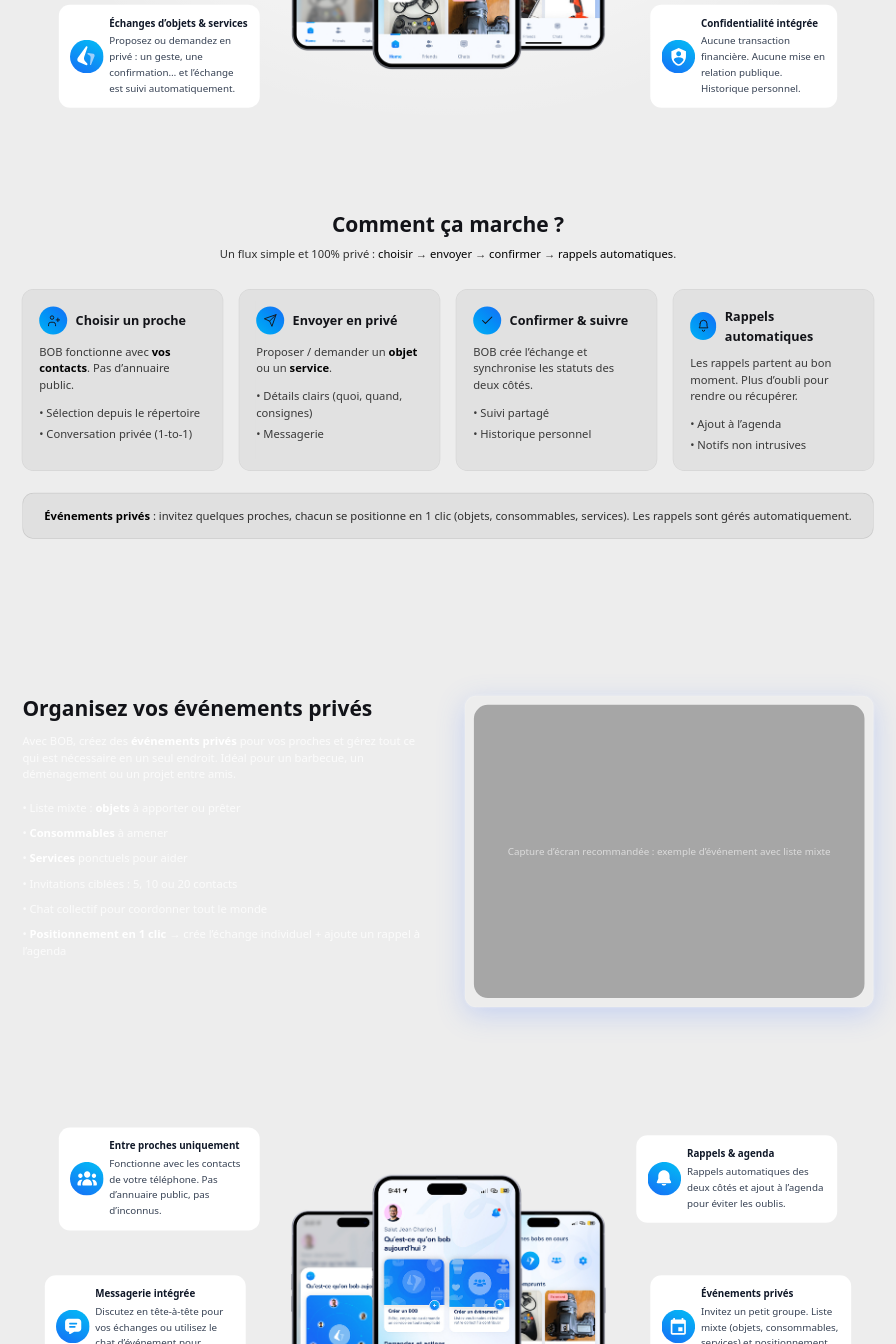
Repository: JeanCharlesMEILLAND/new-bob
Page: /
The author's editor kept a copy of each file at every save. The page is drawn from the files as they stood at one save, then again after the next save.
The browser window is 1280 px wide. The pictures show the part of the page from y = 1087 to 3007 px (the page is 3840 px tall), at 70% of full size.
The page's requests for data from a server got no answer. The project was rebuilt for these pictures with package versions that can differ from the ones it lists, and the page was loaded fresh each time. The framework's server and built-in components were replaced by stand-ins that run in the browser. No one was signed in, and anything a server would have sent is missing. Also part of the build but not shown: next.config.ts.

Above is the page before, as saved 2025-08-12 20:38:53.

### src/app/layout.tsx
import type { Metadata } from 'next'
import './globals.css'
import { inter, jakarta } from './fonts'
import Navbar from '@/components/Navbar'
import Footer from '@/components/Footer'
import Analytics from '@/components/Analytics'

const name = process.env.NEXT_PUBLIC_SITE_NAME || 'BOB'
const baseUrl = process.env.NEXT_PUBLIC_SITE_URL || 'https://new-bob.vercel.app'

export const metadata: Metadata = {
  metadataBase: new URL(baseUrl),
  title: `${name} — Échanges privés entre proches`,
  description:
    `${name} vous aide à prêter, emprunter et organiser des événements en privé avec vos contacts. ` +
    `Aucune transaction financière. Aucune mise en relation publique.`,
  alternates: { canonical: '/' },
  openGraph: {
    title: `${name} — Échanges privés entre proches`,
    description:
      `Gérez vos prêts d’objets, coups de main et événements avec vos proches — simplement et en toute confidentialité. ` +
      `Pas de paiements, pas d’annuaire public.`,
    url: baseUrl,
    siteName: name,
    images: [
      // Généré par app/opengraph-image.tsx (ci-dessous) + fallback static
      { url: '/api/og', width: 1200, height: 630, alt: `${name} — Aperçu` },
      { url: '/og.png', width: 1200, height: 630, alt: `${name} — Aperçu (fallback)` },
    ],
    locale: 'fr_FR',
    type: 'website',
  },
  twitter: {
    card: 'summary_large_image',
    title: `${name} — Échanges privés entre proches`,
    description: `Prêts d’objets & services entre contacts. Aucune transaction financière.`,
    images: ['/api/og', '/og.png'],
    site: '@', // ton handle si tu en as un
    creator: '@', // idem
  },
  robots: { index: true, follow: true },
}

export default function RootLayout({ children }: { children: React.ReactNode }) {
  return (
    <html lang="fr" className={`${inter.variable} ${jakarta.variable}`}>
      <body className="min-h-screen bg-[--bg] text-[--fg] antialiased">
        <Navbar />
        <main>{children}</main>
        <Footer />
        <Analytics />
      </body>
    </html>
  )
}

### src/app/page.tsx
import Hero from '@/components/sections/Hero'
import Features from '@/components/sections/Features'
import HowItWorks from '@/components/sections/HowItWorks'
import Testimonials from '@/components/sections/Testimonials'
import Events from '@/components/sections/Events'

export default function Page() {
  return (
    <>
      <Hero />
      <HowItWorks />
      <Events />
      <Features />
      <Testimonials />
    </>
  )
}

### src/app/globals.css
@import "tailwindcss";

:root {
    --bg: #EDEDED;
    --fg: #121318;
    --custom-text-color: #25416E
}

html, body {
    scroll-behavior: smooth;
    background: var(--bg);
    color: var(--fg);
}

/* === Tokens Tailwind v4 pour tes classes custom === */
@theme {
    /* Colors */
    --color-ink: #0f172a;
    --color-brand-50: #f3f7ff;
    --color-brand-100: #e8efff;
    --color-brand-200: #cfe0ff;
    --color-brand-300: #a6c2ff;
    --color-brand-400: #7ba1ff;
    --color-brand-500: #4b7bff;
    --color-brand-600: #2f5df3;
    --color-brand-700: #2549c6;
    --color-brand-800: #1f3ca0;
    --color-brand-900: #0F55C5;

    --color-accent : #25416E;

    /* Radius */
    --radius-xl2: 1.25rem; /* => rounded-xl2 */
    /* Shadows */
    --shadow-glow: 0 0 0 2px rgba(255, 255, 255, 0.08),
    0 10px 40px rgba(75, 123, 255, 0.25); /* => shadow-glow */
}
.container-gutter {
    @apply mx-auto max-w-7xl px-6 md:px-8;
}

.section {
    @apply py-20 md:py-28;
}

.card {
    @apply rounded-2xl bg-white/5 ring-1 ring-white/10 backdrop-blur;
}

.gradient-text {
    background: linear-gradient(90deg, #0F55C5 0%, #22c55e 100%);
    -webkit-background-clip: text;
    -webkit-text-fill-color: transparent;
    background-clip: text;
    color: transparent;
}

.bg-grid {
    background-image: linear-gradient(to right, rgba(255, 255, 255, 0.06) 1px, transparent 1px),
    linear-gradient(to bottom, rgba(255, 255, 255, 0.06) 1px, transparent 1px);
    background-size: 24px 24px;
}

*:focus-visible {
    outline: 2px solid rgba(75, 123, 255, 0.9);
    outline-offset: 2px;
}

### src/app/fonts.ts
import { Inter, Plus_Jakarta_Sans } from 'next/font/google'

export const inter = Inter({
  subsets: ['latin'],
  variable: '--font-inter',
  display: 'swap',
})

export const jakarta = Plus_Jakarta_Sans({
  subsets: ['latin'],
  variable: '--font-jakarta',
  display: 'swap',
})

### src/components/Navbar.tsx
'use client'

import { useState, useEffect } from 'react'
import Link from 'next/link'
import Image from 'next/image'
import Container from './ui/Container'
import { clsx } from 'clsx'

export default function Navbar() {
  const [scrolled, setScrolled] = useState(false)
  const [open, setOpen] = useState(false)
  const MENU_ID = 'mobile-nav'

  useEffect(() => {
    const onScroll = () => setScrolled(window.scrollY > 12)
    onScroll()
    window.addEventListener('scroll', onScroll)
    return () => window.removeEventListener('scroll', onScroll)
  }, [])

  // Ferme au resize et gère le scroll lock quand le menu est ouvert
  useEffect(() => {
    const close = () => setOpen(false)
    window.addEventListener('resize', close)
    return () => window.removeEventListener('resize', close)
  }, [])

  useEffect(() => {
    if (open) {
      const prev = document.body.style.overflow
      document.body.style.overflow = 'hidden'
      return () => {
        document.body.style.overflow = prev
      }
    }
  }, [open])

  return (
    <header
      className={clsx(
        'fixed inset-x-0 top-0 z-50 transition-all',
        scrolled ? 'bg-black/50 backdrop-blur ' : 'bg-transparent'
      )}
    >
      <Container className={clsx('flex items-center justify-between', scrolled ? 'py-3' : 'py-4')}>
        {/* Logo + texte */}
        <Link href="/" aria-label="Accueil" className="flex items-center gap-3">
          <Image
            src="/bob1.png"
            alt="Logo BOB"
            width={62}
            height={62}
            className=""
            priority
          />
        <div className="flex flex-col leading-tight">
            <span className="text-lg font-bold text-black tracking-wide">Borrow and Back</span>
          </div>
        </Link>

        {/* Nav desktop */}
        <nav aria-label="Navigation principale" className="hidden md:flex items-center gap-7 text-sm text-black/80">
          <a href="#features" className="hover:text-black">Fonctionnalités</a>
          <a href="#how" className="hover:text-black">Comment ça marche</a>
          <a href="#events" className="hover:text-black">Événements</a>
          <a href="#privacy" className="hover:text-black">Confidentialité</a>
        </nav>

        {/* Bouton menu mobile */}
        <button
          type="button"
          className="md:hidden inline-flex items-center justify-center rounded-xl2 px-3 py-2 ring-1 ring-black/10 bg-black/5 text-black/90"
          aria-label={open ? 'Fermer le menu' : 'Ouvrir le menu'}
          aria-controls={MENU_ID}
          aria-expanded={open}
          onClick={() => setOpen(v => !v)}
        >
          <span className="sr-only">Menu</span>
          <div className="space-y-1.5">
            <span className="block h-0.5 w-5 bg-black/90" />
            <span className="block h-0.5 w-5 bg-black/90" />
            <span className="block h-0.5 w-5 bg-black/90" />
          </div>
        </button>
      </Container>

      {/* Overlay + panneau mobile */}
      {/* Overlay sombre flouté pour lisibilité, sous la barre (z-40) */}
      <div
        className={clsx(
          'md:hidden fixed inset-0 z-40 transition-opacity',
          open ? 'opacity-100 pointer-events-auto' : 'opacity-0 pointer-events-none'
        )}
        onClick={() => setOpen(false)}
        aria-hidden={!open}
      >
        <div className="absolute inset-0 bg-white/70 backdrop-blur-sm" />
      </div>

      {/* Panneau du menu (sous la navbar), fond opaque pour lecture */}
      <div
        id={MENU_ID}
        className={clsx(
          'md:hidden fixed inset-x-0 top-0 z-50 pt-20', // pt-20 pour laisser la navbar visible
          open ? 'pointer-events-auto' : 'pointer-events-none'
        )}
      >
        <div
          className={clsx(
            'mx-4 rounded-2xl bg-neutral-900/95 ring-1 ring-white/10 shadow-lg transition-[max-height] duration-300 ease-out overflow-hidden',
            open ? 'max-h-96' : 'max-h-0'
          )}
        >
          <nav aria-label="Navigation mobile" className="flex flex-col gap-1 p-2 text-sm text-black/90">
            <a href="#features" onClick={() => setOpen(false)} className="rounded-lg px-3 py-3 hover:bg-black/5">
              Fonctionnalités
            </a>
            <a href="#how" onClick={() => setOpen(false)} className="rounded-lg px-3 py-3 hover:bg-black/5">
              Comment ça marche
            </a>
            <a href="#events" onClick={() => setOpen(false)} className="rounded-lg px-3 py-3 hover:bg-black/5">
              Événements
            </a>
            <a href="#privacy" onClick={() => setOpen(false)} className="rounded-lg px-3 py-3 hover:bg-black/5">
              Confidentialité
            </a>
          </nav>
        </div>
      </div>
    </header>
  )
}

### src/components/Footer.tsx
import Container from './ui/Container'

export default function Footer() {
  return (
    <footer className="border-t border-white/10 py-10 text-sm">
      <Container className="flex flex-col md:flex-row items-center justify-between gap-6 text-white/60">
        <p>© {new Date().getFullYear()} Bob App — Tous droits réservés.</p>
        <div className="flex items-center gap-6">
          <a href="/legal/terms" className="hover:text-white/90">CGU</a>
          <a href="/legal/privacy" className="hover:text-white/90">Vie privée</a>
          <a href="mailto:hello@bobapp.fr" className="hover:text-white/90">Contact</a>
        </div>
      </Container>
    </footer>
  )
}

### src/components/Analytics.tsx
'use client'

import Script from 'next/script'

export default function Analytics() {
  const gaId = process.env.NEXT_PUBLIC_GA_ID
  if (!gaId) return null

  return (
    <>
      <Script
        src={`https://www.googletagmanager.com/gtag/js?id=${gaId}`}
        strategy="afterInteractive"
      />
      <Script id="ga" strategy="afterInteractive">
        {`
        window.dataLayer = window.dataLayer || [];
        function gtag(){dataLayer.push(arguments);}
        gtag('js', new Date());
        gtag('config', '${gaId}');
        `}
      </Script>
    </>
  )
}

### src/components/sections/Hero.tsx
// components/sections/Hero.tsx
import Image from 'next/image'
import Container from '@/components/ui/Container'
import {FeaturesCard} from "@/components/FeaturesCard";
import Features from "@/components/sections/Features";

export default function Hero() {
  return (
      <section className="relative pt-28 pb-4"> {/* ↓ avant pt-48, donc badge + haut */}

        {/* Hero background image - absolute positioned on right, vertically centered */}
        <div className="absolute left-1/2 top-1/2 -translate-x-1/2 -translate-y-1/2 z-5 block">
          <Image
              src="/circle.png"
              alt=""
              width={1800}
              height={1800}
              className="h-screen scale-150 w-auto object-contain"
          />
        </div>

        <div
            className="absolute inset-0 z-0 bg-[radial-gradient(ellipse_80%_70%_at_center,white_20%,transparent_70%)]"></div>

        {/* Fonds décoratifs */}
        <div className="absolute inset-0 -z-10 bg-hero-radial bg-no-repeat opacity-70"/>
        <div
            className="absolute inset-0 -z-20 bg-grid opacity-[0.25] [mask-image:radial-gradient(circle at center,black,transparent_70%)]"/>

        <Container className="text-center space-y-10 relative z-10">
          {/* Badge conformité */}
          <div
              className="-mt-6 inline-flex items-center gap-2 rounded-full border border-accent px-4 py-2 text-sm text-accent">
            Usage privé entre proches • Aucune transaction financière • Pas de mise en relation publique
          </div>

          {/* Titre principal */}
          <h1 className="mt-22 text-5xl tracking-tight sm:text-6xl leading-tight text-accent">
            <span
                className="bg-gradient-to-tr from-[#00C9F7] to-[#166AF6] bg-clip-text text-transparent font-extrabold">Bober</span>,
            c&#39;est partager, aider, organiser…
          </h1>

          {/* Sous-titre */}
          <p className="mx-auto max-w-3xl text-lg text-accent leading-relaxed">
            Gérez vos échanges d&#39;<strong className="text-accent">objets</strong>, de{' '}
            <strong className="text-accent">services</strong> et vos{' '}
            <strong className="text-accent">événements</strong> — en toute simplicité et confidentialité,
            uniquement avec vos contacts.
          </p>

          {/* Légende rapprochée */}
          <p className="text-base text-accent text- -mt-2">Disponible sur iOS et Android</p>

          {/* Badges stores */}
          <div id="download" className="flex flex-wrap items-center justify-center gap-5 pt-4">
            <a
                href="https://apps.apple.com/app/idXXXXXXXXX"
                aria-label="Télécharger BOB sur l'App Store"
                className="inline-flex"
                target="_blank" rel="noopener noreferrer"
            >
              <Image src="/app-badges/appstore.svg" alt="Disponible sur l'App Store" width={180} height={54} priority/>
            </a>
            <a
                href="https://play.google.com/store/apps/details?id=com.bobapp"
                aria-label="Télécharger BOB sur Google Play"
                className="inline-flex"
                target="_blank" rel="noopener noreferrer"
            >
              <Image src="/app-badges/playstore.svg" alt="Disponible sur Google Play" width={190} height={54} priority/>
            </a>
          </div>
          <Features/>
        </Container>
      </section>
  )
}

### src/components/sections/Features.tsx
import {FeaturesCard} from "@/components/FeaturesCard";
import Image from "next/image";

export default function Features() {
  return (
      <div
          className="
              mt-10
              grid grid-cols-[1fr_1.6fr_1fr] grid-rows-3 gap-6
              items-center justify-items-stretch
              max-w-6xl mx-auto overflow-visible
            "
      >
        {/* Left column (rows 1..3) */}
        <FeaturesCard
            className="ml-5 col-start-1 row-start-1"
            icon={"/icons/Entre proches.svg"}
            title={"Entre proches uniquement"}
            description={"Fonctionne avec les contacts de votre téléphone. Pas d’annuaire public, pas d’inconnus."}
        />
        <FeaturesCard
            className="mr-5 col-start-1 row-start-2"
            icon={"/icons/Frame 1597880141.svg"}
            title={"Messagerie intégrée"}
            description={"Discutez en tête-à-tête pour vos échanges ou utilisez le chat d’événement pour coordonner un groupe."}
        />
        <FeaturesCard
            className="ml-5 col-start-1 row-start-3"
            icon={"/icons/Frame 1597880138.svg"}
            title={"Échanges d’objets & services"}
            description={"Proposez ou demandez en privé : un geste, une confirmation… et l’échange est suivi automatiquement."}
        />

        {/* Center image spanning all 3 middle rows */}
        <Image
            src="/central.png"
            alt="Aperçu de l'événement"
            width={700}
            height={700}
            className="col-start-2 row-start-1 row-span-3 justify-self-center self-center w-full h-auto object-contain scale-110 z-10"
        />

        {/* Right column (rows 1..3) */}
        <FeaturesCard
            className="mr-5 col-start-3 row-start-1"
            icon={"/icons/Frame 1597880140.svg"}
            title={"Rappels & agenda"}
            description={"Rappels automatiques des deux côtés et ajout à l’agenda pour éviter les oublis."}
        />
        <FeaturesCard
            className="ml-5 col-start-3 row-start-2"
            icon={"/icons/Frame 1597880139.svg"}
            title={"Événements privés"}
            description={"Invitez un petit groupe. Liste mixte (objets, consommables, services) et positionnement en 1 clic."}
        />
        <FeaturesCard
            className="m-5 col-start-3 row-start-3"
            icon={"/icons/Frame 1597880142.svg"}
            title={"Confidentialité intégrée"}
            description={"Aucune transaction financière. Aucune mise en relation publique. Historique personnel."}
        />
      </div>
  )
}

### src/components/sections/Testimonials.tsx
import Container from '../ui/Container'

const TESTIMONIALS = [
  {
    name: 'Sarah, présidente d’asso',
    text: 'On a évité l’achat de matériel en doublon. L’interface est simple et tout le monde s’y retrouve.',
  },
  {
    name: 'Karim, voisinage',
    text: 'On se prête outillage et jeux pour les enfants. Les rappels évitent les oublis.',
  },
  {
    name: 'Élodie, RH',
    text: 'Parfait pour animer un collectif interne sur plusieurs sites. Traçabilité légère mais suffisante.',
  },
]

export default function Testimonials() {
  return (
    <section id="testimonials" className="section pt-12 md:pt-16">
      <Container>
        <h2 className="text-3xl font-bold">Ils en parlent</h2>
        <div className="mt-8 grid gap-6 md:grid-cols-3">
          {TESTIMONIALS.map((t) => (
            <figure key={t.name} className="card p-6">
              <blockquote className="text-black/90">&ldquo;{t.text}&rdquo;</blockquote>
              <figcaption className="mt-4 text-black/60">— {t.name}</figcaption>
            </figure>
          ))}
        </div>
      </Container>
    </section>
  )
}

### src/components/sections/Events.tsx
// components/sections/Events.tsx
import Container from '@/components/ui/Container'
import Image from 'next/image'

export default function Events() {
  return (
    <section id="events" className="section">
      <Container>
        <div className="grid items-start gap-12 lg:grid-cols-2">
          {/* Texte explicatif */}
          <div>
            <h2 className="text-3xl font-bold">
              Organisez vos événements privés
            </h2>
            <p className="mt-4 text-white/80">
              Avec BOB, créez des <strong className="text-white">événements privés</strong> pour vos proches et gérez
              tout ce qui est nécessaire en un seul endroit. Idéal pour un barbecue, un déménagement ou un projet entre amis.
            </p>
            <ul className="mt-6 space-y-3 text-white/80">
              <li>• Liste mixte : <strong className="text-white">objets</strong> à apporter ou prêter</li>
              <li>• <strong className="text-white">Consommables</strong> à amener</li>
              <li>• <strong className="text-white">Services</strong> ponctuels pour aider</li>
              <li>• Invitations ciblées : 5, 10 ou 20 contacts</li>
              <li>• Chat collectif pour coordonner tout le monde</li>
              <li>• <strong className="text-white">Positionnement en 1 clic</strong> → crée l’échange individuel + ajoute un rappel à l’agenda</li>
            </ul>
          </div>

          {/* Visuel placeholder */}
          <div className="rounded-2xl border border-white/10 bg-white/5 p-3 shadow-glow">
            <div className="aspect-[4/3] w-full rounded-xl2 bg-black/30 ring-1 ring-white/10 flex items-center justify-center text-white/60">
              <span className="text-sm text-center px-4">
                Capture d’écran recommandée : exemple d’événement avec liste mixte
              </span>
            </div>
          </div>
        </div>
      </Container>
    </section>
  )
}

### src/components/ui/Container.tsx
import clsx from "clsx"

export default function Container({
  children,
  className
}: {
  children: React.ReactNode
  className?: string
}) {
  return <div className={clsx('container-gutter', className)}>{children}</div>
}

### src/components/FeaturesCard.tsx
import Image from 'next/image'
import {clsx} from "clsx";

interface FeaturesCardProps {
  icon: string; // Path to the icon image
  title?: string;
  description?: string;
  className?: string;
}

export const FeaturesCard = ({
                               icon,
                               title = "Messagerie intégrée",
                               description = "Discutez en tête-à-tête pour vos échanges ou utilisez le chat d'événement pour coordonner un groupe.",
                               className
                             }: FeaturesCardProps) => {
  return (
      <div className={clsx("relative rounded-2xl bg-white p-4 flex items-center gap-2", className)}>
        {/* Icon container with blue background */}
        <Image
            src={icon}
            alt=""
            width={20}
            height={20}
            className="text-white h-12 w-12"
        />

        {/* Content */}
        <div className="space-y-1 flex-1">
          <h3 className=" text-sm font-semibold text-gray-900 text-left">
            {title}
          </h3>

          <p className="text-sm text-gray-700 leading-relaxed text-left">
            {description}
          </p>
        </div>
      </div>
  );
};

Loaded but not shown: src/components/sections/HowItWorks.tsx (126 lines, source omitted)

After the next save:
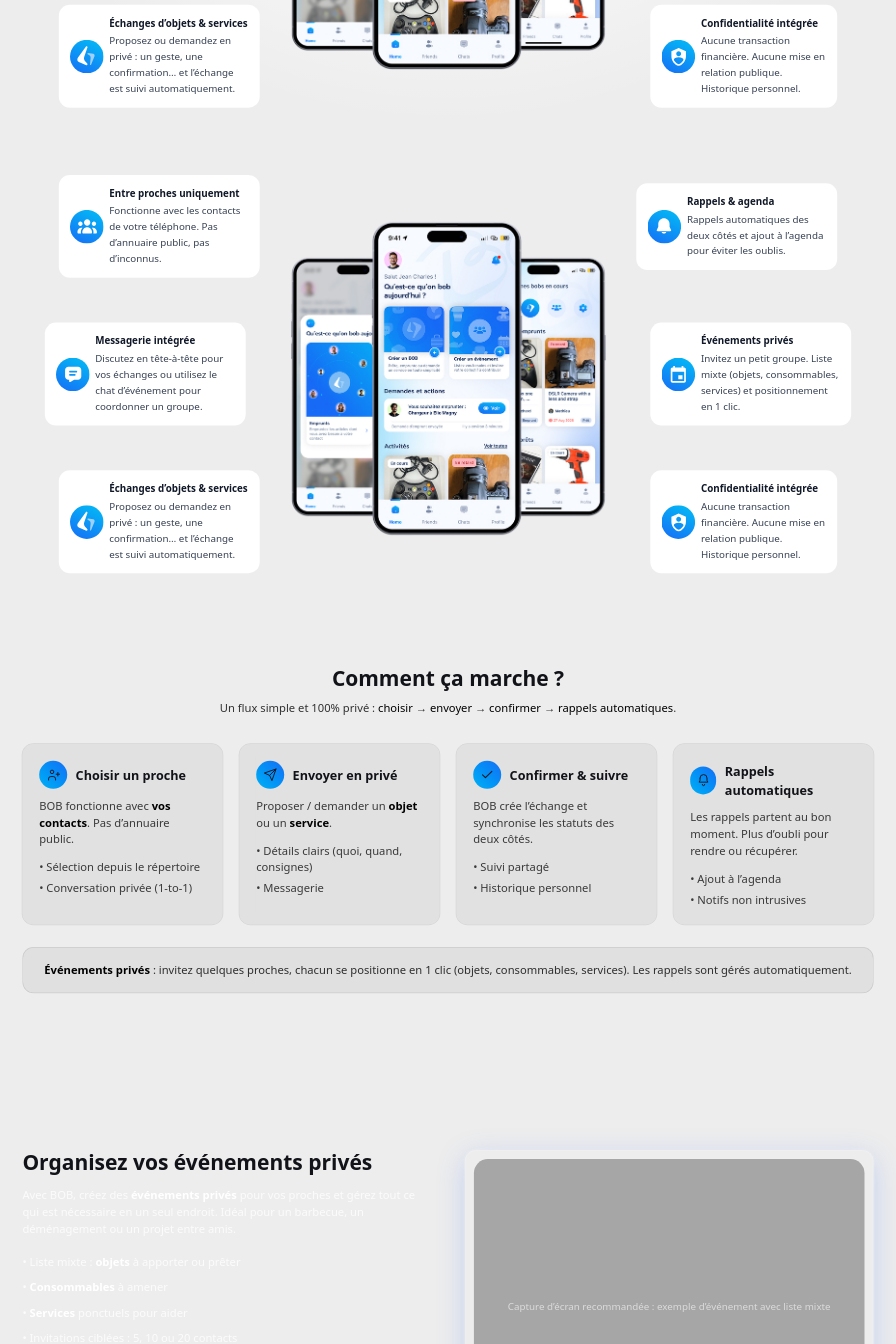
Saved 89 s later.
--- a/src/app/page.tsx
+++ b/src/app/page.tsx
@@ -8,9 +8,9 @@
   return (
     <>
       <Hero />
+      <Features />
       <HowItWorks />
       <Events />
-      <Features />
       <Testimonials />
     </>
   )
